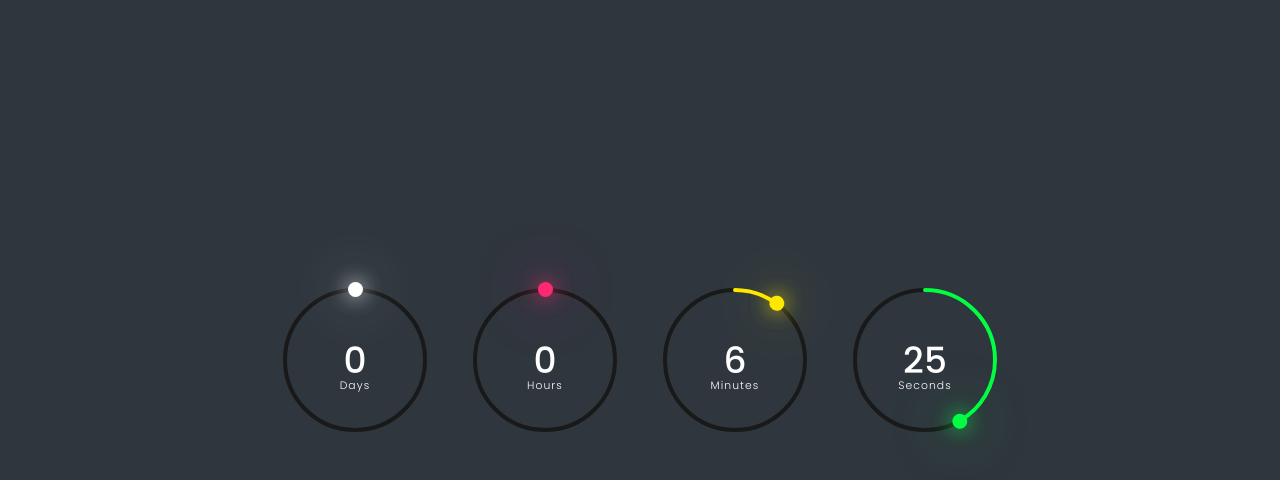
Repository: northpx/happyNY
Page: index.html
These files come from the project's save history. The page is drawn as it stood at one moment and after the next save; the edit follows.
The browser window is 1280 px wide. The pictures show the whole page.

Above is the page before, as saved 2022-12-31 13:32:21.

### index.html
<!DOCTYPE html>
<html lang="en">
<head>
    <meta charset="UTF-8">
    <meta http-equiv="X-UA-Compatible" content="IE=edge">
    <meta name="viewport" content="width=device-width, initial-scale=1.0">
    <link rel="stylesheet" href="style.css">
    <title>Hour</title>
</head>
<body>
    <div class="newYear">
        <p>Chuc em luon tuoi cuoi va manh me!</p>
        <h1>2023<br><span>HAPPY NEW YEAR</span></h1>
        <div class="fireworks">
            <div class="firework">
              <div class="explosion">
                <div class="spark gold"></div>
              </div>
              <div class="explosion">
                <div class="spark gold"></div>
              </div>
              <div class="explosion">
                <div class="spark gold"></div>
              </div>
              <div class="explosion">
                <div class="spark gold"></div>
              </div>
              <div class="explosion">
                <div class="spark gold"></div>
              </div>
              <div class="explosion">
                <div class="spark gold"></div>
              </div>
              <div class="explosion">
                <div class="spark gold"></div>
              </div>
              <div class="explosion">
                <div class="spark gold"></div>
              </div>
            </div>
            <div class="firework" style="margin-top: -70px">
              <div class="explosion">
                <div class="spark silver"></div>
              </div>
              <div class="explosion">
                <div class="spark silver"></div>
              </div>
              <div class="explosion">
                <div class="spark silver"></div>
              </div>
              <div class="explosion">
                <div class="spark silver"></div>
              </div>
              <div class="explosion">
                <div class="spark silver"></div>
              </div>
              <div class="explosion">
                <div class="spark silver"></div>
              </div>
              <div class="explosion">
                <div class="spark silver"></div>
              </div>
              <div class="explosion">
                <div class="spark silver"></div>
              </div>
            </div>
            <div class="firework">
              <div class="explosion">
                <div class="spark gold"></div>
              </div>
              <div class="explosion">
                <div class="spark gold"></div>
              </div>
              <div class="explosion">
                <div class="spark gold"></div>
              </div>
              <div class="explosion">
                <div class="spark gold"></div>
              </div>
              <div class="explosion">
                <div class="spark gold"></div>
              </div>
              <div class="explosion">
                <div class="spark gold"></div>
              </div>
              <div class="explosion">
                <div class="spark gold"></div>
              </div>
              <div class="explosion">
                <div class="spark gold"></div>
              </div>
            </div>
            <div class="firework" style="margin-top: 70px">
              <div class="explosion">
                <div class="spark silver"></div>
              </div>
              <div class="explosion">
                <div class="spark silver"></div>
              </div>
              <div class="explosion">
                <div class="spark silver"></div>
              </div>
              <div class="explosion">
                <div class="spark silver"></div>
              </div>
              <div class="explosion">
                <div class="spark silver"></div>
              </div>
              <div class="explosion">
                <div class="spark silver"></div>
              </div>
              <div class="explosion">
                <div class="spark silver"></div>
              </div>
              <div class="explosion">
                <div class="spark silver"></div>
              </div>
            </div>
            <div class="firework">
              <div class="explosion">
                <div class="spark gold"></div>
              </div>
              <div class="explosion">
                <div class="spark gold"></div>
              </div>
              <div class="explosion">
                <div class="spark gold"></div>
              </div>
              <div class="explosion">
                <div class="spark gold"></div>
              </div>
              <div class="explosion">
                <div class="spark gold"></div>
              </div>
              <div class="explosion">
                <div class="spark gold"></div>
              </div>
              <div class="explosion">
                <div class="spark gold"></div>
              </div>
              <div class="explosion">
                <div class="spark gold"></div>
              </div>
            </div>
            <div class="firework" style="margin-top: -70px">
              <div class="explosion">
                <div class="spark silver"></div>
              </div>
              <div class="explosion">
                <div class="spark silver"></div>
              </div>
              <div class="explosion">
                <div class="spark silver"></div>
              </div>
              <div class="explosion">
                <div class="spark silver"></div>
              </div>
              <div class="explosion">
                <div class="spark silver"></div>
              </div>
              <div class="explosion">
                <div class="spark silver"></div>
              </div>
              <div class="explosion">
                <div class="spark silver"></div>
              </div>
              <div class="explosion">
                <div class="spark silver"></div>
              </div>
            </div>
            <div class="firework">
              <div class="explosion">
                <div class="spark gold"></div>
              </div>
              <div class="explosion">
                <div class="spark gold"></div>
              </div>
              <div class="explosion">
                <div class="spark gold"></div>
              </div>
              <div class="explosion">
                <div class="spark gold"></div>
              </div>
              <div class="explosion">
                <div class="spark gold"></div>
              </div>
              <div class="explosion">
                <div class="spark gold"></div>
              </div>
              <div class="explosion">
                <div class="spark gold"></div>
              </div>
            </div>
          </div>
    </div>
    <div id="time">
        <div class="circle" style="--clr:#ffffff;">
            <div class="dots day_dot"></div>
            <svg>
                <circle cx="70" cy="70" r="70"></circle>
                <circle cx="70" cy="70" r="70" id="dd"></circle>
            </svg>
            <div id="days">00<br><span>DAYS</span></div>
        </div>
        <div class="circle" style="--clr:#ff2972;">
            <div class="dots hr_dot"></div>
            <svg>
                <circle cx="70" cy="70" r="70"></circle>
                <circle cx="70" cy="70" r="70" id="hh"></circle>
            </svg>
            <div id="hours">00<br><span>HOURS</span></div>
        </div>
        <div class="circle" style="--clr:#fee800;">
            <div class="dots min_dot"></div>
            <svg>
                <circle cx="70" cy="70" r="70"></circle>
                <circle cx="70" cy="70" r="70" id="mm"></circle>
            </svg>
            <div id="minutes">00<br><span>MINUTES</span></div>
        </div>
        <div class="circle" style="--clr:#04fc43;">
            <div class="dots sec_dot"></div>
            <svg>
                <circle cx="70" cy="70" r="70"></circle>
                <circle cx="70" cy="70" r="70" id="ss"></circle>
            </svg>
            <div id="seconds">00<br><span>SECONDS</span></div>
        </div>
    </div>

    <script>
        let days = document.getElementById("days")
        let hours = document.getElementById("hours")
        let minutes = document.getElementById("minutes")
        let seconds = document.getElementById("seconds")

        let dd = document.getElementById("dd")
        let hh = document.getElementById("hh")
        let mm = document.getElementById("mm")
        let ss = document.getElementById("ss")

        let day_dot = document.querySelector(".day_dot")
        let hr_dot = document.querySelector(".hr_dot")
        let min_dot = document.querySelector(".min_dot")
        let sec_dot = document.querySelector(".sec_dot")

        let endDate = '12/31/2022 13:33:00'

        let x = setInterval(function(){
            let now = new Date(endDate).getTime();
            let countDown = new Date().getTime();
            let distance = now - countDown;

            let d = Math.floor(distance / (1000 * 60 * 60 *24))
            let h = Math.floor((distance % (1000 * 60 * 60 * 24)) / (1000 * 60 * 60))
            let m = Math.floor((distance % (1000 * 60 * 60)) / (1000 * 60))
            let s = Math.floor((distance % (1000 * 60)) / (1000))

            days.innerHTML = d + "<br><span>Days</span>"
            hours.innerHTML = h + "<br><span>Hours</span>"
            minutes.innerHTML = m + "<br><span>Minutes</span>"
            seconds.innerHTML = s + "<br><span>Seconds</span>"

            dd.style.strokeDashoffset = 440 - (440 * d) / 365
            hh.style.strokeDashoffset = 440 - (440 * h) / 24
            mm.style.strokeDashoffset = 440 - (440 * m) / 60
            ss.style.strokeDashoffset = 440 - (440 * s) / 60

            day_dot.style.transform = `rotateZ(${d * 0.9986}deg)`
            hr_dot.style.transform = `rotateZ(${h * 15}deg)`
            min_dot.style.transform = `rotateZ(${m * 6}deg)`
            sec_dot.style.transform = `rotateZ(${s * 6}deg)`

            if(distance < 0){
                clearInterval(x);
                document.getElementById("time").style.display = 'none';
                document.querySelector(".newYear").style.display = 'block';
            }
        });
    </script>
</body>
</html>

### style.css
@import url('https://fonts.googleapis.com/css2?family=Poppins:ital,wght@0,100;0,200;0,300;0,400;0,500;0,600;0,700;0,800;0,900;1,100;1,300;1,400;1,500;1,600;1,700;1,800;1,900&display=swap');

* {
    margin: 0;
    padding: 0;
    box-sizing: border-box;
    font-family: 'Poppins', sans-serif;
}

body {
    display: flex;
    justify-content: center;
    align-items: center;
    min-height: 100vh;
    background: #2f363e;
}

#time {
    display: flex;
    gap: 40px;
    color: #fff;
}

#time .circle {
    position: relative;
    width: 150px;
    height: 150px;
    display: flex;
    justify-content: center;
    align-items: center;
}

#time .circle svg {
    position: relative;
    width: 150px;
    height: 150px;
    transform: rotate(270deg);
}

#time .circle svg circle {
    width: 100%;
    height: 100%;
    fill: transparent;
    stroke: #191919;
    stroke-linecap: round;
    stroke-width: 4;
    transform: translate(5px, 5px);
}

#time .circle svg circle:nth-child(2) {
    stroke: var(--clr);
    stroke-dasharray: 440;
    stroke-dashoffset: 440;
}

#time div {
    position: absolute;
    text-align: center;
    font-weight: 500;
    font-size: 1.5em;
}


#time div span {
    position: absolute;
    transform: translateX(-50%) translateY(-10px);
    font-size: 0.30em;
    font-weight: 300;
    letter-spacing: 0.1em;
    text-transform: capitalize;
}

.dots {
    position: absolute;
    width: 100%;
    height: 100%;
    z-index: 10;
    display: flex;
    justify-content: center;
}

.dots::before {
    content: "";
    position: absolute;
    top: -3px;
    width: 15px;
    height: 15px;
    background: var(--clr);
    border-radius: 50%;
    box-shadow: 0 0 20px var(--clr),
        0 0 60px var(--clr);
}


h1 {
    text-align: center;
    color: #c0c0c0;
    position: relative;
    top: 100px;
    font-family: Arial Narrow, Arial, sans-serif;
    font-weight: bold;
    font-size: 1em;
    margin: 0;
    letter-spacing: 20px;

}

.newYear {
    font-size: 8em;
    font-weight: 500;
    color: #fff;
    text-align: center;
    line-height: 0.6em;
    display: none;
}

.newYear h1 span {
    font-size: 48px;
    font-weight: lighter;
    -webkit-text-fill-color: white;
    -webkit-text-stroke-width: 1px;
    -webkit-text-stroke-color: rgb(233, 155, 155);
}

.newYear p{
    font-size: 20px;
    font-weight: 200;
    font-style: italic;
}

.fireworks {
    height: 50vh;
    width: 100vw;
    display: flex;
    align-items: center;
    justify-content: center;
}

.fireworks .firework {
    position: relative;
    top: 0px;
    left: 0px;
    margin: 0px 50px;
}

.fireworks .firework:before {
    content: "";
    display: block;
    border-radius: 5px;
    background-color: #daa520;
    width: 5px;
    height: 0px;
    will-change: transform;
    transform: translateY(200px);
    animation: fireworkstart 3s ease-out infinite;
}

.fireworks .firework .explosion {
    position: absolute;
    top: 0;
    width: 5px;
    height: 20px;
    opacity: 0;
    transform-origin: top center;
    will-change: transform;
    animation: explosion 0.7s linear 3s infinite;
}

.fireworks .firework .explosion:nth-child(1) {
    transform: rotate(0deg);
}

.fireworks .firework .explosion:nth-child(2) {
    transform: rotate(90deg);
}

.fireworks .firework .explosion:nth-child(3) {
    transform: rotate(180deg);
}

.fireworks .firework .explosion:nth-child(4) {
    transform: rotate(-90deg);
}

.fireworks .firework .explosion:nth-child(5) {
    transform: rotate(45deg);
}

.fireworks .firework .explosion:nth-child(6) {
    transform: rotate(-45deg);
}

.fireworks .firework .explosion:nth-child(7) {
    transform: rotate(135deg);
}

.fireworks .firework .explosion:nth-child(8) {
    transform: rotate(225deg);
}

.fireworks .firework .explosion .spark {
    position: absolute;
    top: 0;
    width: 100%;
    height: 100%;
    border-radius: 5px;
    will-change: transform;
    animation: explosion2 0.7s ease-in-out 3s infinite;
}

.fireworks .firework .explosion .spark.silver {
    background-color: #c0c0c0;
}

.fireworks .firework .explosion .spark.gold {
    background-color: #daa520;
}

@keyframes fireworkstart {
    0% {
        height: 0px;
        transform: translateY(200px);
    }

    50% {
        height: 50px;
    }

    75% {
        height: 30px;
    }

    100% {
        height: 0;
        transform: translateY(0);
    }
}

@keyframes explosion {
    0% {
        height: 0px;
        opacity: 0;
    }

    50% {
        height: 25px;
        opacity: 1;
    }

    100% {
        height: 0px;
        opacity: 0;
    }
}

@keyframes explosion2 {
    0% {
        transform: translateY(0px);
    }

    50% {
        transform: translateY(5px);
    }

    75% {
        transform: translateY(50px);
    }

    100% {
        transform: translateY(70px);
    }
}

After the next save:
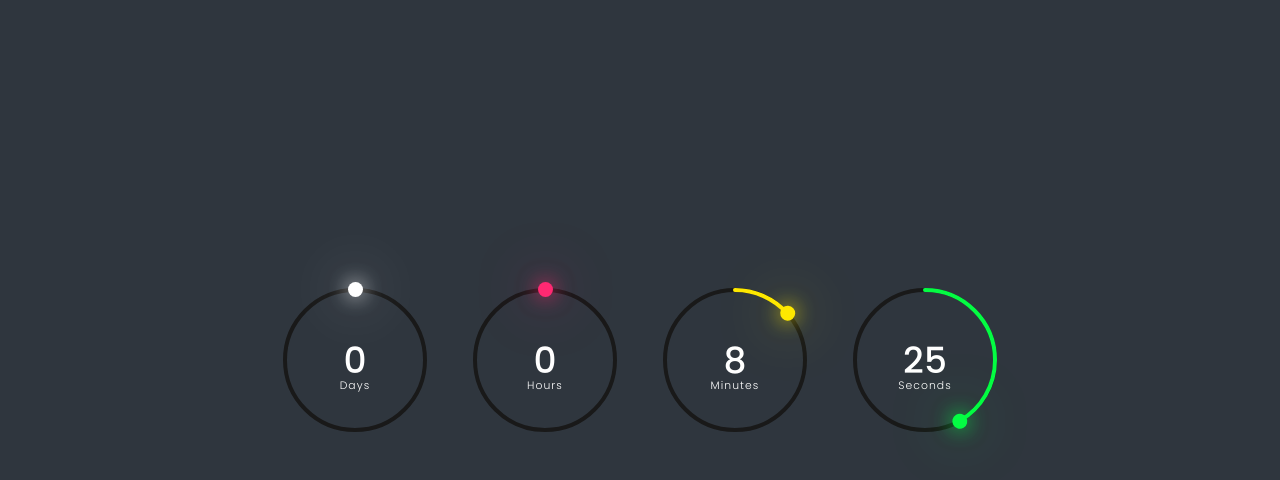
Saved 63 s later.
--- a/index.html
+++ b/index.html
@@ -244,7 +244,7 @@
         let min_dot = document.querySelector(".min_dot")
         let sec_dot = document.querySelector(".sec_dot")
 
-        let endDate = '12/31/2022 13:33:00'
+        let endDate = '12/31/2022 13:35:00'
 
         let x = setInterval(function(){
             let now = new Date(endDate).getTime();
